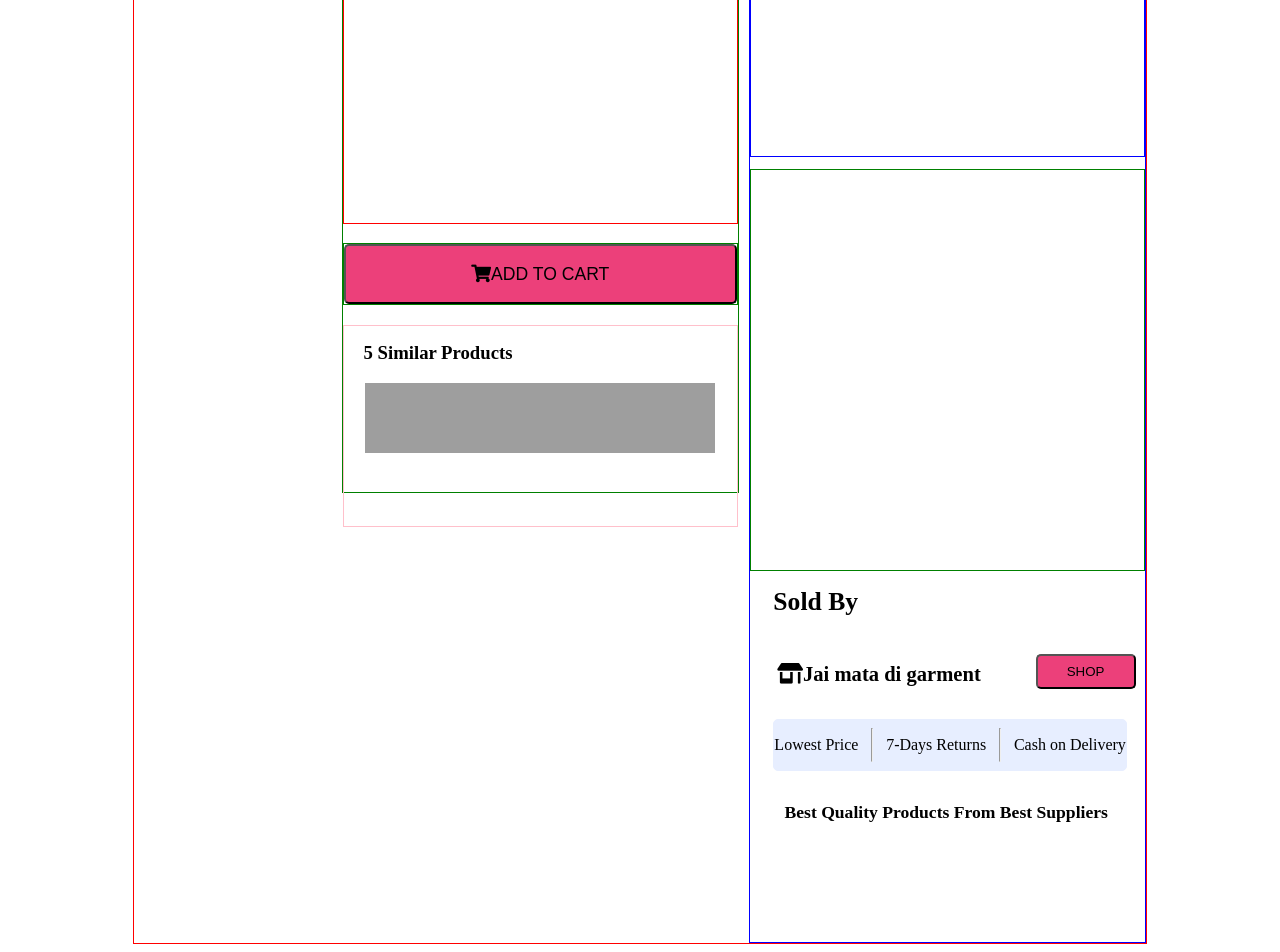
Repository: deepakxxxx/meesho
Page: catelog.html
These files come from the project's save history. The page is drawn as it stood at one moment and after the next save; the edit follows.
The browser window is 1280 px wide. The pictures show the part of the page from y = 419 to 1371 px (the page is 1371 px tall).
Pictures or frames that could not be fetched are drawn as grey boxes. A picture or video elsewhere on the page could not be fetched, so the positions and the page height are approximate.

Above is the page before, as saved 2021-11-06 17:59:22.

### catelog.html
<!DOCTYPE html>
<html lang="en">
<head>
    <meta charset="UTF-8">
    <meta http-equiv="X-UA-Compatible" content="IE=edge">
    <meta name="viewport" content="width=device-width, initial-scale=1.0">
    <link rel="stylesheet" href="https://use.fontawesome.com/releases/v5.15.4/css/all.css" integrity="sha384-DyZ88mC6Up2uqS4h/KRgHuoeGwBcD4Ng9SiP4dIRy0EXTlnuz47vAwmeGwVChigm" crossorigin="anonymous">
    <title>Document</title>
</head>
<style>
      #main{
        width: 100%;
        height: 136px;
        border: 1px solid white;
        margin: auto;
        /* position: fixed; */
    }
    #top{
        width: 100%;
        height: 70px;
        /* border: 1px solid red; */
        display: flex;

    }
    #left{
        display: flex;
        width: 55%;
    }
    #meesho{
      text-decoration: none;
      font-size: 50px;
      color: #F06292;
      font-weight: bold;
      margin-left: 25%;
      margin-top: 1%;
      /* margin-right: 0px; */
    }
    #search{
        /* margin-left: 30%; */
        height: 60px;
        width: 400px;
        border-radius: 6px;
        margin-top: 1%;
        /* margin-left: 0px; */
        border: 1px solid #BDBDBD;
        font-size: 90%;
        /* margin-right: 60%; */
    }
    #right{
        display: flex;
        list-style-type: none;
        column-gap: 30px;

    }
    #rightmain{
        width: 45%;
        margin-right: 6%;
        /* margin-top: 9px; */
    }
    #app{
        text-decoration: none;
        margin-left: 10px;
        margin-top: 9px;
        font-size: 103%;
        color: black;
    }
    #supp{
        text-decoration: none;
        margin-top: 9px;
        font-size: 103%;
        color: black;
    }
    #profile{
        text-decoration: none;
        font-size: 103%;
        color: black;
    }
    #cart{
        text-decoration: none;
        font-size: 103%;
        color: black;
    }
    #app:hover{
        color: #EC407A;
        text-decoration: underline;
    }
    #profile:hover{
        color: #EC407A;
        text-decoration: underline;
    }
    .line1{
        height: 30px;
    }
    .line2{
        color: #BDBDBD;
    }
    #heading
    {
        width: 73%;
        margin:  5% auto auto auto ;
        display: grid;
        grid-template-columns: 23% 54% 23%;
        padding: 1%;
        position: sticky;
    }
    #topic{
        margin-top:-15px;
        text-align: center;
    }
    #collection{
        display: flex;
        margin-left: 2%;
        list-style-type: none;
        font-size: 105%;
        column-gap: 63px;

    }
    ul > a{
        text-decoration: none;
        color: black;
    }
    ul > a :hover{
        color: #EC407A;
        /* text-decoration: underline; */
    }
    #container{
        width: 80%;
        border: 1px solid red;
        margin: auto;
        display: flex;
        margin-top: 1%;
        column-gap: 1%;
    }
    #smallImg{
        width: 20%;
        /* border: 1px solid blue; */
        height: 300px;
    }
    #bigImg{
        width: 40%;
        border: 1px solid green;
        height: 750px;
    }
    #descr{
        width: 40%;
        border: 1px solid blue;
        height: 1200px;
    }
    .product_sneek_peek{
        width: 70px;
        height: 70px;
        border: 1px solid red;
        margin-left: 69%;
        border-radius: 5px;
    }
    #imgDi{
        width: 99.5%;
        height: 480px;
        border: 1px solid red;
    }
    #addto{
        width: 99.5%;
        height: 60px;
        border: 1px solid green;
        margin-top: 5%;
    }
    #addto > button{
        width: 100%;
        height: 100%;
        background-color: #EC407A;
        font-size: 110%;
        border-radius: 5px;
    }
    #similar{
        width: 99.5%;
        height: 200px;
        border: 1px solid pink;
        margin-top: 5%;
    }
    #deta{
        width: 99.5%;
        height: 200px;
        border: 1px solid red;
    }
    #sizes{
        width: 99.5%;
        height: 200px;
        border: 1px solid blue;
        margin-top: 3%;
    }
    #infor{
        width: 99.5%;
        height: 400px;
        border: 1px solid green;
        margin-top: 3%;
    }
    #deler{
        width: 99.5%;
        height: 300px;
        border: 1px solid EEEEEE;
        margin-top: 3%;
    }
    #similar > h3{
        margin-left: 5%;
        margin-top: 4%;
    }
    #simimg{
        display: flex;
        justify-content: center;
    }
    #simimg > img{
        width: 70px;
        height: 70px;
    }
    #deler > h3{
        margin-top: 4%;
        margin-left: 6%;
        font-size: 160%;
    }
    #sho{
        display: flex;
        margin-left: 7%;
        column-gap: 15%;
        font-size: 110%;
    }
    #sho > button{
        width: 100px;
        height: 35px;
        margin-top: 3%;
        background-color: #EC407A;
        border-radius: 5px;
    }
    #sho1{
        display: flex;
        margin-left: 6%;
        column-gap: 3%;
        border: 1px solid #e7eeff;
        justify-content: center;
        margin-right: 4%;
        background-color: #e7eeff;
        margin-top: 3%;
        border-radius: 5px;
    }
    #deler > h4{
        text-align: center;
        margin-top: 8%;
        font-size: 110%;
    }
</style>
<body>
    <div id="main">

        <div id="top">
            <div id="left">
             <span><a href="" id="meesho"><img src="https://cdn.hevodata.com/customer/logo/8c76f62bd88177a78bb6e2810a244446.png" alt="" rel = "icon" width="40%"></span></a>
             <span><input type="search" id="search" placeholder="Try Saree,Kurti or Search by Product Code"> </span>
            </div>
            <div id="rightmain">
                <ul id="right">
                    <div id="app">
                      <li><a href="" id="app"><i class="fas fa-mobile-alt"></i></a><a href="" id="app">Download App</a></li>

                    </div>
                    <hr class="line1">
                    <div id="supp">
                      <li><a href="" id="supp">Become a Supplier</a></li>

                    </div>
                    <hr class="line1">
                    <div>
                       <a href="" id="profile"><i class="far fa-user"></i></a>
                      <li><a href="" id="profile">Profile</a></li>
                    </div>

                    <hr class="line1">
                    <div>
                      <a href="" id="cart"><i class="fas fa-shopping-cart"></i></a>
                      <li><a href="" id="cart">Cart</a></li></li>
                    </div>

                </ul>
            </div>
        </div>

        <hr class="line2">
        <div id="secondLine">
        <ul id="collection">
            <a href="" class="same"><li>Women Ethnic</li></a>

            <a href="" class="same"><li>Women Western</li></a>

            <a href="" class="same"><li>Jewellery & Accessories</li></a>
            <a href="" class="same"><li>Men</li></a>
            <a href="" class="same"><li>Beauty & Health</li></a>
            <a href="" class="same"><li>Bags & Footwear</li></a>
            <a href="" class="same"><li>Home & Kitchen</li></a>
            <a href="" class="same"><li>Kids</li></a>
            <a href="" class="same"><li>Electronics</li></a>
        </ul>
      </div>
      <hr class="line2">
    </div>

    <div id="container">
        <div id="smallImg">
            <div class="product_sneek_peek">

            </div>
        </div>
        <div id="bigImg">
            <div id="imgDi">

            </div>
            <div id="addto">
                <button><i class="fas fa-shopping-cart"></i>ADD TO CART</button>
            </div>
            <div id="similar">
            <h3>5 Similar Products</h3>
            <div id="simimg">
                <img src="https://images.meesho.com/images/products/59272960/fddtp_512.jpg"/>
                <img src="https://images.meesho.com/images/products/59272964/a4l8y_512.jpg"/>
                <img src="https://images.meesho.com/images/products/59272962/azz7k_512.jpg"/>
                <img src="https://images.meesho.com/images/products/59272963/a5qjv_512.jpg"/>
                <img src="https://images.meesho.com/images/products/59272961/mx9tt_512.jpg"/>
            </div>
            </div>
        </div>
        <div id="descr">
            <div id="deta"></div>
            <div id="sizes"></div>
            <div id="infor"></div>
            <div id="deler">
                <h3>Sold By</h3>
                <div id="sho">
                    <h3><i class="fas fa-store-alt"></i>Jai mata di garment</h3>
                    <button>SHOP</button>
                </div>
                <div id="sho1">
                <p>Lowest Price</p>
                <hr>
                <p>7-Days Returns</p>
                <hr>
                <p>Cash on Delivery</p>
                </div>
                <h4>Best Quality Products From Best Suppliers</h4>
            </div>
        </div>
    </div>
</body>
</html>

After the next save:
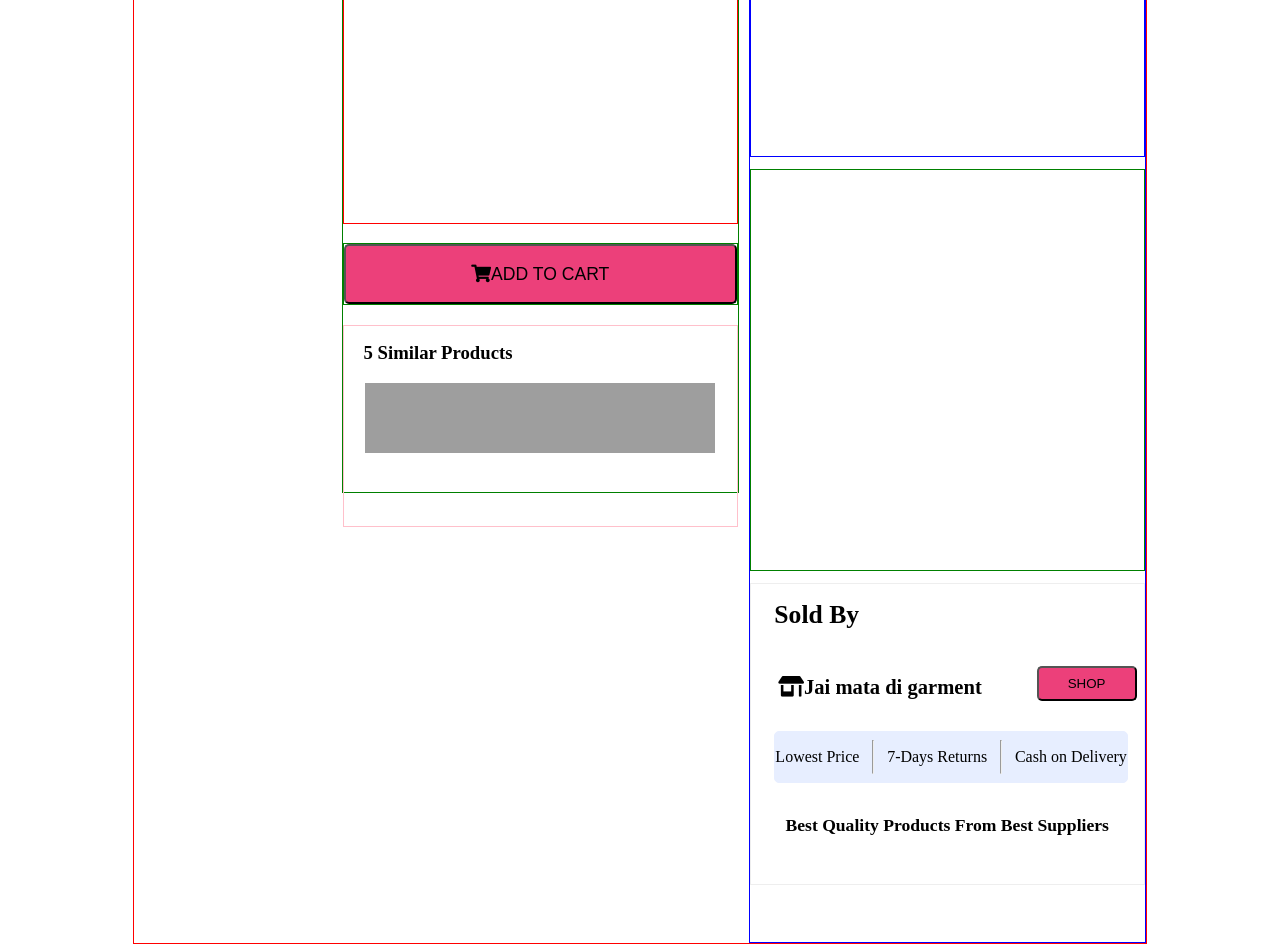
Saved 4 s later.
--- a/catelog.html
+++ b/catelog.html
@@ -197,7 +197,7 @@
     #deler{
         width: 99.5%;
         height: 300px;
-        border: 1px solid EEEEEE;
+        border: 1px solid #EEEEEE;
         margin-top: 3%;
     }
     #similar > h3{
